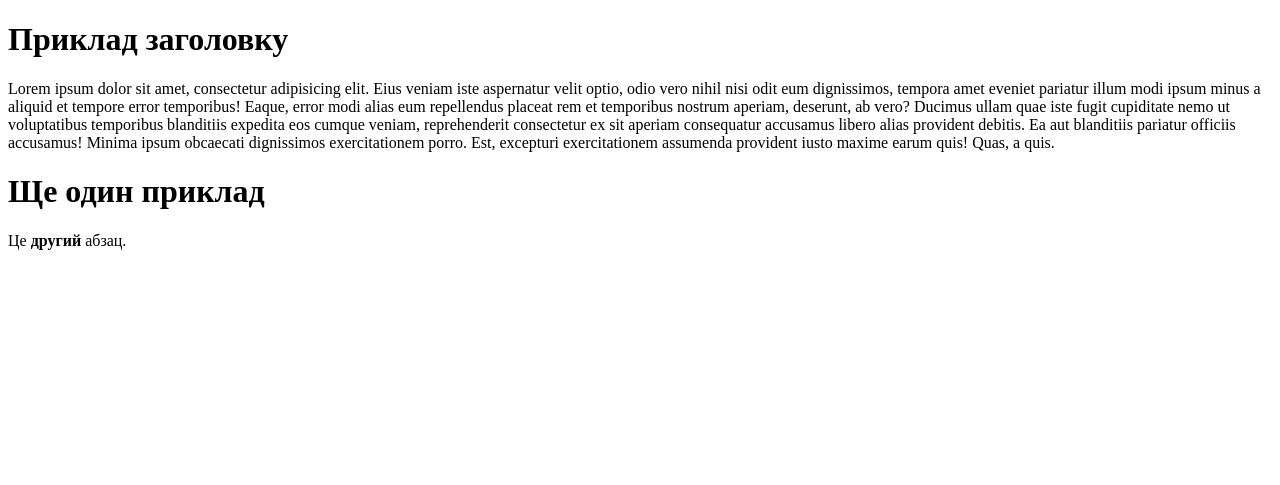
Repository: YurroUzhgorod/Home-works--vue.js3-and-node-express
Page: 7-lesson28-practice/my-practice/library_back/public/index.html
These files come from the project's save history. The page is drawn as it stood at one moment and after the next save; the edit follows.
The browser window is 1280 px wide. The pictures show the whole page.

Above is the page before, as saved 2022-06-19 23:10:59.

### 7-lesson28-practice/my-practice/library_back/public/index.html
<!DOCTYPE html>
<html lang="en">
  <head>
    <meta charset="UTF-8" />
    <meta http-equiv="X-UA-Compatible" content="IE=edge" />
    <meta name="viewport" content="width=device-width, initial-scale=1.0" />
    <title>Document</title>
  </head>
  <body>
    <h1>Приклад заголовку</h1>
    <p>
      Lorem ipsum dolor sit amet, consectetur adipisicing elit. Eius veniam iste
      aspernatur velit optio, odio vero nihil nisi odit eum dignissimos, tempora
      amet eveniet pariatur illum modi ipsum minus a aliquid et tempore error
      temporibus! Eaque, error modi alias eum repellendus placeat rem et
      temporibus nostrum aperiam, deserunt, ab vero? Ducimus ullam quae iste
      fugit cupiditate nemo ut voluptatibus temporibus blanditiis expedita eos
      cumque veniam, reprehenderit consectetur ex sit aperiam consequatur
      accusamus libero alias provident debitis. Ea aut blanditiis pariatur
      officiis accusamus! Minima ipsum obcaecati dignissimos exercitationem
      porro. Est, excepturi exercitationem assumenda provident iusto maxime
      earum quis! Quas, a quis.
    </p>
    <h1>Ще один приклад</h1>
    <p>Це <strong>другий</strong> абзац.</p>
  </body>
</html>

After the next save:
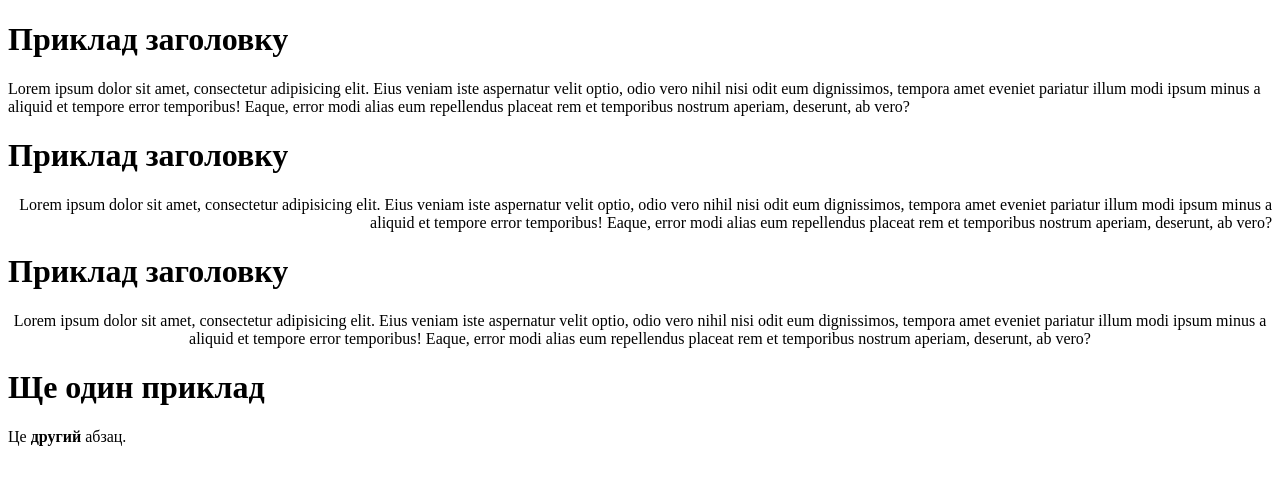
Saved 26 min 49 s later.
--- a/7-lesson28-practice/my-practice/library_back/public/index.html
+++ b/7-lesson28-practice/my-practice/library_back/public/index.html
@@ -8,18 +8,28 @@
   </head>
   <body>
     <h1>Приклад заголовку</h1>
-    <p>
+    <p align="left">
       Lorem ipsum dolor sit amet, consectetur adipisicing elit. Eius veniam iste
       aspernatur velit optio, odio vero nihil nisi odit eum dignissimos, tempora
       amet eveniet pariatur illum modi ipsum minus a aliquid et tempore error
       temporibus! Eaque, error modi alias eum repellendus placeat rem et
-      temporibus nostrum aperiam, deserunt, ab vero? Ducimus ullam quae iste
-      fugit cupiditate nemo ut voluptatibus temporibus blanditiis expedita eos
-      cumque veniam, reprehenderit consectetur ex sit aperiam consequatur
-      accusamus libero alias provident debitis. Ea aut blanditiis pariatur
-      officiis accusamus! Minima ipsum obcaecati dignissimos exercitationem
-      porro. Est, excepturi exercitationem assumenda provident iusto maxime
-      earum quis! Quas, a quis.
+      temporibus nostrum aperiam, deserunt, ab vero?
+    </p>
+    <h1>Приклад заголовку</h1>
+    <p align="right">
+      Lorem ipsum dolor sit amet, consectetur adipisicing elit. Eius veniam iste
+      aspernatur velit optio, odio vero nihil nisi odit eum dignissimos, tempora
+      amet eveniet pariatur illum modi ipsum minus a aliquid et tempore error
+      temporibus! Eaque, error modi alias eum repellendus placeat rem et
+      temporibus nostrum aperiam, deserunt, ab vero?
+    </p>
+    <h1>Приклад заголовку</h1>
+    <p align="center">
+      Lorem ipsum dolor sit amet, consectetur adipisicing elit. Eius veniam iste
+      aspernatur velit optio, odio vero nihil nisi odit eum dignissimos, tempora
+      amet eveniet pariatur illum modi ipsum minus a aliquid et tempore error
+      temporibus! Eaque, error modi alias eum repellendus placeat rem et
+      temporibus nostrum aperiam, deserunt, ab vero?
     </p>
     <h1>Ще один приклад</h1>
     <p>Це <strong>другий</strong> абзац.</p>
